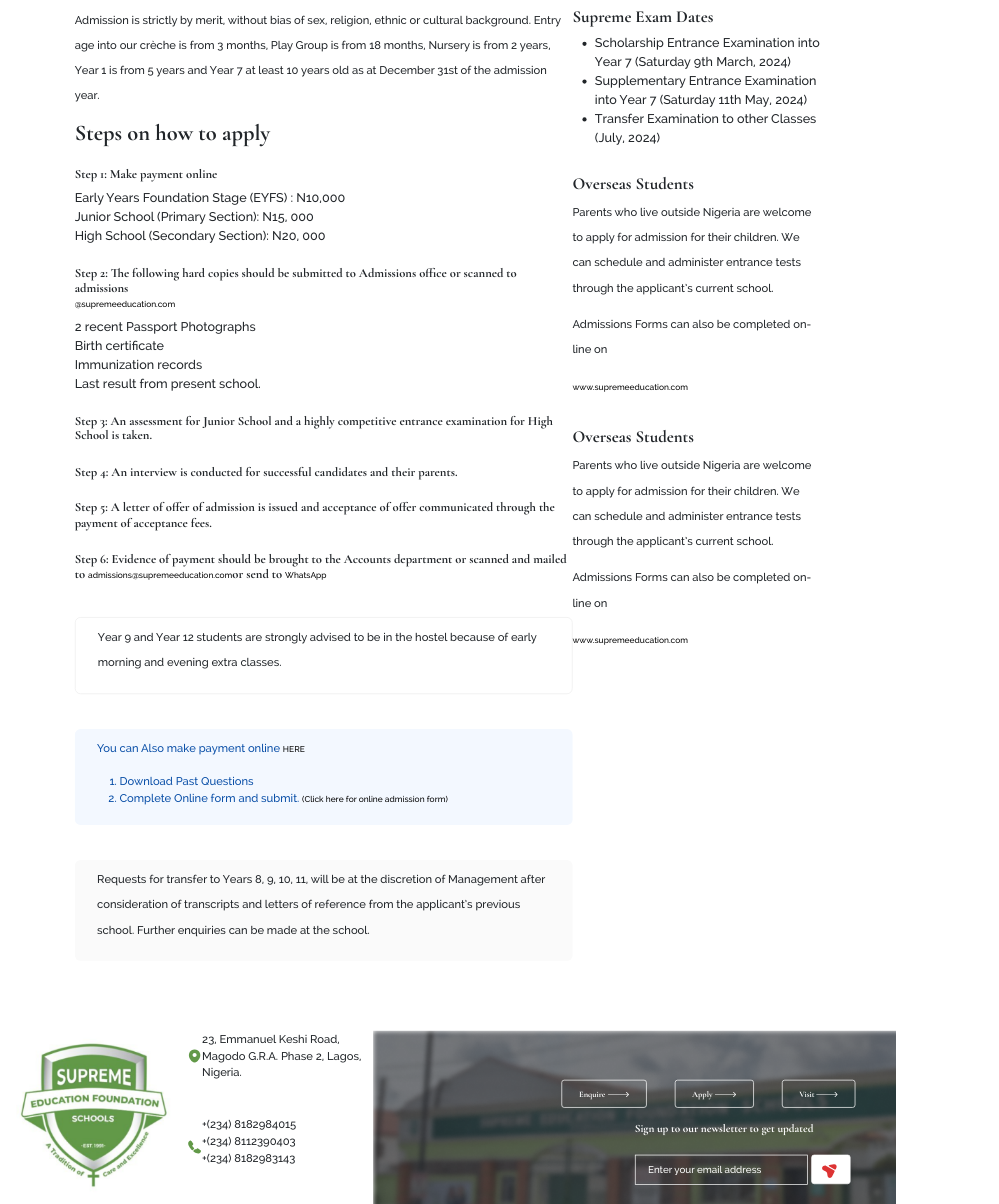
Repository: sarahnnanyelugo/supreme-education
Page: /apply
These files come from the project's save history. The page is drawn as it stood at one moment and after the next save; the edit follows.
The browser window is 1280 px wide. The page is 1427 px wide, so the pictures cover 1427 px, including what lies to the right of the window. The pictures show the part of the page from y = 831 to 2551 px (the page is 2867 px tall), at 70% of full size.
The project was rebuilt for these pictures with package versions that can differ from the ones it lists, and the page was loaded fresh each time. Also part of the build but not shown: src/pages/Home/News/news.scss, src/pages/Home/News/News.js, src/pages/Home/Home.js, src/pages/Founder/founder.scss, src/pages/Founder/Founder.js, src/pages/CEO/ceo.scss, src/pages/CEO/CEO.js, src/pages/WhoWeAre/who-we-are.scss and 5 more.

Above is the page before, as saved 2023-12-20 12:58:32.

### src/App.js
import logo from "./logo.svg";
import "./App.scss";
import "bootstrap/dist/css/bootstrap.min.css";
import { BrowserRouter, Routes, Route, Link, Outlet } from "react-router-dom";
import { Home } from "./pages/Home/Home";
import { Navbar } from "./components/Navbar/Navbar";
import ScrollToTop from "./components/scrollToTop";
import Footer from "./components/Footer/Footer";
import { Founder } from "./pages/Founder/Founder";
import { CEO } from "./pages/CEO/CEO";
import { WhoWeAre } from "./pages/WhoWeAre/WhoWeAre.js";
import { Tour } from "./pages/Tour/Tour";
import { Contact } from "./pages/Contact/Contact";
import { Apply } from "./pages/Apply/Apply";
function App() {
  return (
    <>
      {" "}
      <ScrollToTop />
      <Navbar />
      <Routes>
        {" "}
        <Route path="/" element={<Home />} />
        <Route path="/founder" element={<Founder />} />
        <Route path="/our-ceo" element={<CEO />} />
        <Route path="/who-we-are" element={<WhoWeAre />} />
        <Route path="/tour" element={<Tour />} />
        <Route path="/contact" element={<Contact />} />
        <Route path="/apply" element={<Apply />} />
      </Routes>
      <Footer />
    </>
  );
}

export default App;

### src/App.scss
@media screen and (min-width: 620px) {
  .flexy {
    display: flex;
  }
}
@media screen and (max-width: 620px) {
  .flexyM {
    display: flex;
  }
}
@font-face {
  font-family: cormorantB;
  src: url(./assets/fonts/Cormorant/CormorantGaramond-Bold.ttf);
}
@font-face {
  font-family: ralewayR;
  src: url(./assets/fonts/raleway/Raleway-Medium.ttf);
}
h1,
h2,
h3,
h4,
h5,
h6 {
  font-family: cormorantB;
}

p,
small,
a,
li {
  font-family: ralewayR;
}
button {
  font-family: cormorantB !important;
}
.app-btn {
  padding: 12px, 24px, 12px, 24px;
  border-radius: 4px;
  gap: 8px;
  background: #629948;
  color: #fff;
  border: none;
}

### src/pages/Apply/Apply.js
import React from "react";
import { Banner } from "../../components/Banner/Banner";
import LandingImg from "../../assets/images/apply.png";
import { admissions } from "../../TestData";
import { LinkRounded } from "@material-ui/icons";
import { Link } from "react-router-dom";
import "./apply.scss";
export const Apply = () => {
  return (
    <div className="apply-div">
      <Banner
        pageTitle="How to Apply"
        banner={LandingImg}
        links={admissions}
        mainpage="Admissions"
      />
      <div className="flexy col-md-10 offset-md-1">
        <div className="col-md-8">
          <p>
            Admission is strictly by merit, without bias of sex, religion,
            ethnic or cultural background. Entry age into our crèche is from 3
            months, Play Group is from 18 months, Nursery is from 2 years, Year
            1 is from 5 years and Year 7 at least 10 years old as at December
            31st of the admission year.
          </p>
          <h2>Steps on how to apply</h2>
          <h6 className="mt4">Step 1: Make payment online</h6>
          <ul className="list-unstyled">
            <li>Early Years Foundation Stage (EYFS) : N10,000</li>
            <li>Junior School (Primary Section): N15, 000 </li>
            <li>High School (Secondary Section): N20, 000</li>
          </ul>
          <h6>
            Step 2: The following hard copies should be submitted to Admissions
            office or scanned to admissions
            <br />
            <Link to={"#"}>@supremeeducation.com</Link>
          </h6>
          <ul className="list-unstyled">
            <li>2 recent Passport Photographs</li>
            <li>Birth certificate </li>
            <li>Immunization records</li>
            <li>Last result from present school.</li>
          </ul>
          <h6>
            Step 3: An assessment for Junior School and a highly competitive
            entrance examination for High School is taken.
          </h6>
          <h6>
            Step 4: An interview is conducted for successful candidates and
            their parents.
          </h6>
          <h6>
            Step 5: A letter of offer of admission is issued and acceptance of
            offer communicated through the payment of acceptance fees.
          </h6>
          <h6>
            Step 6: Evidence of payment should be brought to the Accounts
            department or scanned and mailed to{" "}
            <Link to={""} style={{ color: "#d33" }}>
              admissions@supremeeducation.com{""}
            </Link>
            or send to <Link>WhatsApp</Link>
          </h6>
          <div className="info-corner mt5">
            <p>
              Year 9 and Year 12 students are strongly advised to be in the
              hostel because of early morning and evening extra classes.
            </p>
          </div>
          <div className="info-corner2 mt5">
            <p>
              You can Also make payment online <Link>HERE</Link>
            </p>
            <ol>
              <li>Download Past Questions</li>
              <li>
                {" "}
                Complete Online form and submit.{" "}
                <Link to={""}>(Click here for online admission form)</Link>
              </li>
            </ol>
          </div>
          <div className="info-corner3 mt5">
            <p>
              Requests for transfer to Years 8, 9, 10, 11, will be at the
              discretion of Management after consideration of transcripts and
              letters of reference from the applicant’s previous school. Further
              enquiries can be made at the school.
            </p>
          </div>
        </div>
        <div className="col-md-4">
          <div className="info-div4">
            <h4>Supreme Exam Dates</h4>
            <ul>
              <li>
                Scholarship Entrance Examination into Year 7 (Saturday 9th
                March, 2024)
              </li>
              <li>
                Supplementary Entrance Examination into Year 7 (Saturday 11th
                May, 2024)
              </li>
              <li>Transfer Examination to other Classes (July, 2024)</li>
            </ul>
          </div>{" "}
          <div className="info-div4 mt4">
            <h4>Overseas Students</h4>
            <p>
              Parents who live outside Nigeria are welcome to apply for
              admission for their children. We can schedule and administer
              entrance tests through the applicant’s current school.
            </p>
            <p>Admissions Forms can also be completed on-line on</p>
            <p>
              <Link to={""}> www.supremeeducation.com</Link>
            </p>
          </div>
          <div className="info-div5 mt4">
            <h4>Overseas Students</h4>
            <p>
              Parents who live outside Nigeria are welcome to apply for
              admission for their children. We can schedule and administer
              entrance tests through the applicant’s current school.
            </p>
            <p>Admissions Forms can also be completed on-line on</p>
            <p>
              <Link to={""}> www.supremeeducation.com</Link>
            </p>
          </div>
        </div>
      </div>
    </div>
  );
};

### src/pages/Home/home.scss
@import "../../shared-styles";

.landing-images {
  margin-top: -200px;
  h1 {
    font-size: 88px;
  }
  .carousel-caption {
    text-align: left !important;
  }
  .carousel-control-next-icon {
    background-image: url("../../assets/images/next.png");
    margin-top: 600px !important;
    position: relative !important;
    height: 36px !important;
    width: 36px !important;
    opacity: 1 !important;
    margin-left: 0% !important;
    @media screen and (max-width: 620px) {
      margin-top: 70px !important;
      margin-left: -750% !important;
    }
  }

  .carousel-control-prev-icon {
    background-image: url("../../assets/images/prev.png");
    margin-top: 600px !important;
    // transform: rotate(180deg);
    height: 36px !important;
    width: 36px !important;
    margin-right: -800% !important;
    opacity: 1 !important;
    @media screen and (max-width: 620px) {
      margin-top: 70px !important;
    }
  }

  .carousel-control-prev {
    left: 10% !important;
  }
  .carousel-control-next {
    right: 10% !important;
  }
  .carousel-indicators button {
    width: 7px !important;
    height: 7px !important;
    border-radius: 100% !important;
    background-color: #fff !important;
    transition: all 0.5s linear;
    display: inline !important;
    opacity: 0.7;
  }
  .carousel-indicators > button.active {
    opacity: 1;
    width: 60px !important;
    margin-top: 10px;
    height: 7px !important;
    background-color: #fff !important;
    outline: none;
    border: none;
    border-radius: 20px !important;
  }
  .carousel-indicators {
    margin-left: 75% !important;
    top: 90% !important;
    @media screen and (max-width: 620px) {
      display: none;
    }
  }
}
.welcome-div {
  h1 {
    font-size: 72px;
    @media screen and (max-width: 620px) {
      font-size: 32px;
    }
  }
}
.lifetime-div {
  background: #326f14;
  color: #fff;
  padding: 70px 0 70px 70px;
  margin-bottom: 100px;
  h1 {
    font-size: 72px;
    @media screen and (max-width: 620px) {
      font-size: 32px;
    }
  }
  p {
    line-height: 36px;
  }
  .eyfs {
    position: relative;
    img {
      border-radius: 8px;
    }
    // padding-top: 350px;
    // border-radius: 18px;
    // background: url("../../assets/images/eyfs.png");
    // background-repeat: no-repeat;
    // background-position: center center;
    // background-size: contain;
  }
  .overlay {
    position: absolute;
    bottom: 0;
    background: rgb(0, 0, 0);
    background: rgba(0, 0, 0, 0.1); /* Black see-through */
    color: #f1f1f1;
    width: 92%;
    transition: 0.5s ease;
    opacity: 1;
    height: 15%;
    color: white;
    padding: 20px;
    text-align: center;

    overflow: hidden;
    border-radius: 8px;
    h1 {
      font-size: 40px;
    }
    button {
      padding: 12px, 24px, 12px, 24px;
      border-radius: 4px;
      gap: 8px;
      background: transparent;
      color: #fff;
      border: solid 1px #fff;
    }
  }
}
.eyfs:hover .overlay {
  height: 100%;
  padding-top: 100px;
  background: rgba(0, 0, 0, 0.5);
}
.explore {
  background: #c8352e;
  color: #fff;
  border-radius: 8px;
  padding: 40px;
  margin-right: 20px;
  .second-title {
    margin-top: 400px;
  }
}
.facilities {
  img {
    border-radius: 8px;
  }
}
.facs {
  position: relative;
  img {
    border-radius: 8px;
  }
  // padding-top: 350px;
  // border-radius: 18px;
  // background: url("../../assets/images/eyfs.png");
  // background-repeat: no-repeat;
  // background-position: center center;
  // background-size: contain;
}
.overlay2 {
  position: absolute;
  bottom: 0;
  background: rgb(0, 0, 0);
  background: rgba(0, 0, 0, 0.1); /* Black see-through */
  color: #f1f1f1;
  width: 92%;
  transition: 0.5s ease;
  opacity: 1;
  height: 100%;
  color: white;
  font-size: 20px;
  padding: 20px;
  padding-top: 60%;
  text-align: center;
  border-radius: 8px;
}
.facs:hover .overlay2 {
  opacity: 1;
  background: rgba(0, 0, 0, 0.5);
}
.glance {
  margin-bottom: 80px;
  background: #f6f8f5;
  padding-top: 40px;
  padding-bottom: 40px;
  .sch,
  .uni {
    padding-top: 80px;
    padding-bottom: 50px;
    border-top: solid 4px #c8352e;
    border-right: solid 4px #c8352e;
  }
  .std,
  .parents {
    padding-top: 80px;
    padding-bottom: 50px;
    border-bottom: solid 4px #c8352e;
    border-right: solid 4px #c8352e;
  }
}
.stories {
  h1 {
    font-size: 64px;
    margin-bottom: 80px;
  }
}

### src/components/Navbar/navbar.scss
.nav-container {
  padding: 10px;
  background: #fff;
  a {
    color: #000;
    text-decoration: none;
  }
}
.logo {
  margin-top: -50px;
  position: relative;
  z-index: 4;
}
.offcanvas {
  width: 70% !important;
}
.menu-actions {
  background: #f6f6f6;
  padding: 30px;
  .img-holder {
    position: relative;
    img {
      border-radius: 10px;

      margin-bottom: 30px;
    }
    .overlay {
      position: absolute;
      bottom: 100px;
      background: transparent; /* Black see-through */
      color: #f1f1f1;
      width: 100%;
      transition: 0.5s ease;
      opacity: 1;
      height: 10%;
      color: white;
      font-size: 20px;
      // padding: 20px;
      // padding-top: 60%;
      text-align: center;
      border-radius: 8px;
      button {
        background: transparent;
        border: solid 1px #fff;
        border-radius: 8px;
        color: #fff;
        padding: 5px 24px;
      }
    }
  }
}

.nav-tab {
  margin-top: 30px;
  /* Style the buttons that are used to open the tab content */
  .tab button {
    display: block;
    background-color: inherit;
    color: black;
    padding: 25px 16px;
    width: 100%;
    border: none;
    outline: none;
    text-align: left;
    cursor: pointer;
    font-size: 30px;
    border-right: solid 1px rgb(159, 157, 157);
  }

  /* Change background color of buttons on hover */
  .tab button:hover {
    color: red;
  }

  /* Create an active/current "tab button" class */
  .tab button.active2 {
    color: red;
  }

  .tabcontent {
    float: left;
    // padding: 0px 40px;

    width: 70%;
    border-left: none;
    height: 300px;
    display: none;
    a {
      color: black;
      text-decoration: none;
      font-size: 20px;
      line-height: 60px;
    }
  }

  .tabcontent.active2 {
    display: block;
  }
}
.active {
  background: green !important;
  color: #fff !important;
}
.menu-navs {
  padding: 10px 10px;
  font-size: 14px;
  border-radius: 5px;
  margin: 40px 0 40px 10px;
  text-decoration: none;
  color: #000;

  &:hover {
    background: green;
    color: #fff !important;
  }
}

### src/components/Footer/footer.scss
.footer-actions {
  height: 283px;
  background: url("../../assets/images/building.png");
  padding-top: 50px;
  color: #fff;
  button {
    margin: 20px;
    color: #fff;
    background-color: transparent;
    border: solid 1px #fff;
    padding: 10px 24px;
    border-radius: 4px;
    &:hover {
      color: #306503;
      background: #fff;
    }
  }
  .send-btn {
    background: #fff;
    margin: 5px;
    margin-top: 20px;
    // width: 20px;
    border-radius: 4px;
    padding: 3px 10px;
  }
  input {
    margin-top: 20px;
    width: 247px;
    height: 43px;
    padding: 12px 18px;
    background: transparent;
    border: solid 1px #fff;
    color: #fff;
    color: #fff;
    font-family: ralewayR;
    font-size: 14px;
    font-style: normal;
    font-weight: 500;
    line-height: normal;
  }
  ::placeholder {
    color: #fff !important;
  }
}
.partners {
  img {
    margin: 40px 80px;
  }
}
.credits {
  p {
    font-size: 14px;
  }
  a {
    color: #fff;
    text-decoration: none;
    border-right: solid 2px #fff;
    text-align: center;
  }
  background: #006011;
  padding: 20px;
  color: #fff;
}

### src/components/Banner/Banner.js
import React from "react";
import { NavLink } from "react-router-dom";
import "./banner.scss";
import Breadcrumb from "react-bootstrap/Breadcrumb";

export const Banner = (props) => {
  return (
    <div className="banner-div">
      <div className="banner-holder">
        <img src={props.banner} alt="sch-imgs" width="100%" />
        <div className="title-overlay">
          <h1>{props.pageTitle}</h1>
        </div>
      </div>
      <div className="page-links">
        {props.links.map((link, index) => (
          <li key={index} className="list-unstyled">
            <NavLink
              to={link.to}
              activeClassName="active"
              className="page-navs"
            >
              {link.text}
            </NavLink>
          </li>
        ))}
      </div>
      <Breadcrumb className="offset-md-1 mt2">
        <Breadcrumb.Item href="/" className="b-home">
          Home
        </Breadcrumb.Item>
        <Breadcrumb.Item>{props.mainpage}</Breadcrumb.Item>
        <Breadcrumb.Item>{props.pageTitle}</Breadcrumb.Item>
      </Breadcrumb>
    </div>
  );
};

### src/TestData/index.js
export * from "./Links";

### src/pages/Apply/apply.scss
.apply-div {
  margin-bottom: 100px;
  margin-top: 100px;
  ma h1 {
    font-size: 72px;
    @media screen and (max-width: 620px) {
      font-size: 32px;
    }
  }
  p {
    line-height: 36px;
  }
  .info-corner {
    border-radius: 8px;
    border: 1px solid #ececec;
    padding: 10px 32px;
  }
  .info-corner2 {
    border-radius: 8px;
    color: #0b50a8;
    background-color: #f3f8ff;
    padding: 10px 32px;
    a {
      color: #0b50a8;
    }
  }
  .info-corner3 {
    background-color: #f3f8ff;
    padding: 10px 32px;
    border-radius: 8px;
    background: #fafafa;
  }
  h6 {
    margin-top: 30px;
    font-size: 18px;
  }
  ul li {
    font-size: 18px;
  }
  a {
  }
}

### src/_shared-styles.scss
.mt1 {
  margin-top: 10px;
}
.mt2 {
  margin-top: 20px;
}
.mt3 {
  margin-top: 30px;
}
.mt4 {
  margin-top: 40px;
}
.mt5 {
  margin-top: 50px;
}
.mt6 {
  margin-top: 60px;
}
.mt7 {
  margin-top: 70px;
}
.mt8 {
  margin-top: 80px;
}
.mt9 {
  margin-top: 90px;
}
.mt {
  margin-top: 140px;
}
.mtt {
  margin-top: 200px;
}
.bb {
  border-bottom: solid 1px rgb(233, 229, 229);
}
.bt {
  border-top: solid 1px rgb(233, 229, 229);
}
.pd {
  padding: 80px 0;
}
.br {
  border-right: solid 1px rgb(233, 229, 229);
}
.no-m {
  @media screen and (max-width: 620px) {
    margin: 0 !important;
  }
}
.ml {
  margin-left: 10px;
}
.ml4 {
  margin-left: 40px;
}
.ml3 {
  margin-left: 30px;
}

.features-link {
  color: #191919;
  text-decoration: none;
  &:hover {
    color: #191919;
  }
}

.mb5 {
  margin-bottom: 50px;
}
.mb4 {
  margin-bottom: 40px;
}

.no-margin {
  @media screen and (max-width: 620px) {
    margin-top: 0px !important;
    text-align: center;
  }
}
.margin2 {
  @media screen and (max-width: 620px) {
    margin-top: 40px !important;
  }
}
.grad2 {
  background: rgb(255, 255, 255);
  background: linear-gradient(
    180deg,
    rgba(255, 255, 255, 1) 28%,
    rgba(240, 240, 240, 1) 48%,
    rgba(255, 255, 255, 1) 75%
  );
}
.dn {
  @media screen and (max-width: 620px) {
    display: none;
  }
}
.dnW {
  @media screen and (min-width: 620px) {
    display: none;
  }
}
.dnM {
  @media screen and (max-width: 620px) {
    display: none;
  }
}
.img-resolv {
  width: 90%;
  @media screen and (max-width: 620px) {
    width: 100%;
  }
}
.link {
  font-size: 12px;
  text-decoration: none;
  color: #000;
  font-family: rebondG-Semi-Bold;
  margin-bottom: 0 !important;
}
.link2 {
  font-size: 12px;
  text-decoration: none;
  color: #2f67d8;
  font-family: rebondG-Semi-Bold;
}
.mobileview {
  @media screen and (min-width: 620px) {
    display: none;
  }
}

### src/components/Banner/banner.scss
.banner-holder {
  position: relative;
  img {
    margin-top: -290px !important;
  }
  .title-overlay {
    position: absolute;
    width: 100%;
    height: 100px;
    background: rgba(15, 14, 14, 0.1);
    text-align: center;
    // left: 40%;
    bottom: 0;
    h1 {
      color: #fff;
      font-size: 72px;
      font-weight: bold;
      margin-bottom: 20px;
    }
  }
}
.page-links {
  padding: 40px;
  background: #f6f8f5;
  li {
    display: inline;
  }
  .active {
    color: #fff !important;
    background: red !important
  ;
  }
}

.page-navs {
  padding: 10px 16px;
  font-size: 16px;
  border-radius: 5px;
  margin: 0 40px;
  text-decoration: none;
  color: #000;

  &:hover {
    background: red;
    color: #fff;
  }
}
.breadcrumb-item + .breadcrumb-item {
  a {
    color: #000 !important;
    font-size: 12px;
    text-decoration: none !important;
  }
}

a {
  color: #000 !important;
  font-size: 12px;
  text-decoration: none !important;
}

### src/TestData/Links.js
export const about = [
  { to: "/founder", text: "Our Founder" },
  { to: "/our-ceo", text: "Our CEO" },
  { to: "/who-we-are", text: "Who we are" },
  { to: "/tour", text: "Virtual Tour" },
  { to: "/contact", text: "Contact us" },
];
export const admissions = [
  { to: "/apply", text: "How to Apply" },
  { to: "/form", text: "Registration form" },
  { to: "/register", text: "SMC registration form" },
  { to: "/enquiry", text: "Enquiry" },
  { to: "/faq", text: "FAQs" },
];
export const academics = [
  { to: "/eyfs", text: "EYFS" },
  { to: "/junior-school", text: "Junior School" },
  { to: "/high-school", text: "High School" },
  { to: "/teachers-college", text: "Teachers College" },
  { to: "/academic-calendar", text: "Academic Calendar" },
  { to: "/school-curriculum", text: "School Curriculum" },
];
export const studentLife = [
  { to: "/boarding-school", text: "Boarding School" },
  { to: "/activities", text: "Co-curricular Activities" },
  { to: "/facilities", text: "Facilities" },
];
export const Media = [
  { to: "/news", text: "News & Events" },
  { to: "/gallery", text: "Gallery" },
];

Loaded but not shown: public/index.html (common file); src/index.js (common file); src/index.css (common file); src/reportWebVitals.js (common file); src/components/scrollToTop.js (common file); src/components/Navbar/Menu.js (175 lines, source omitted); src/components/Footer/Footer.js (126 lines, source omitted); src/components/Navbar/Navbar.js (51 lines, source omitted)

After the next save:
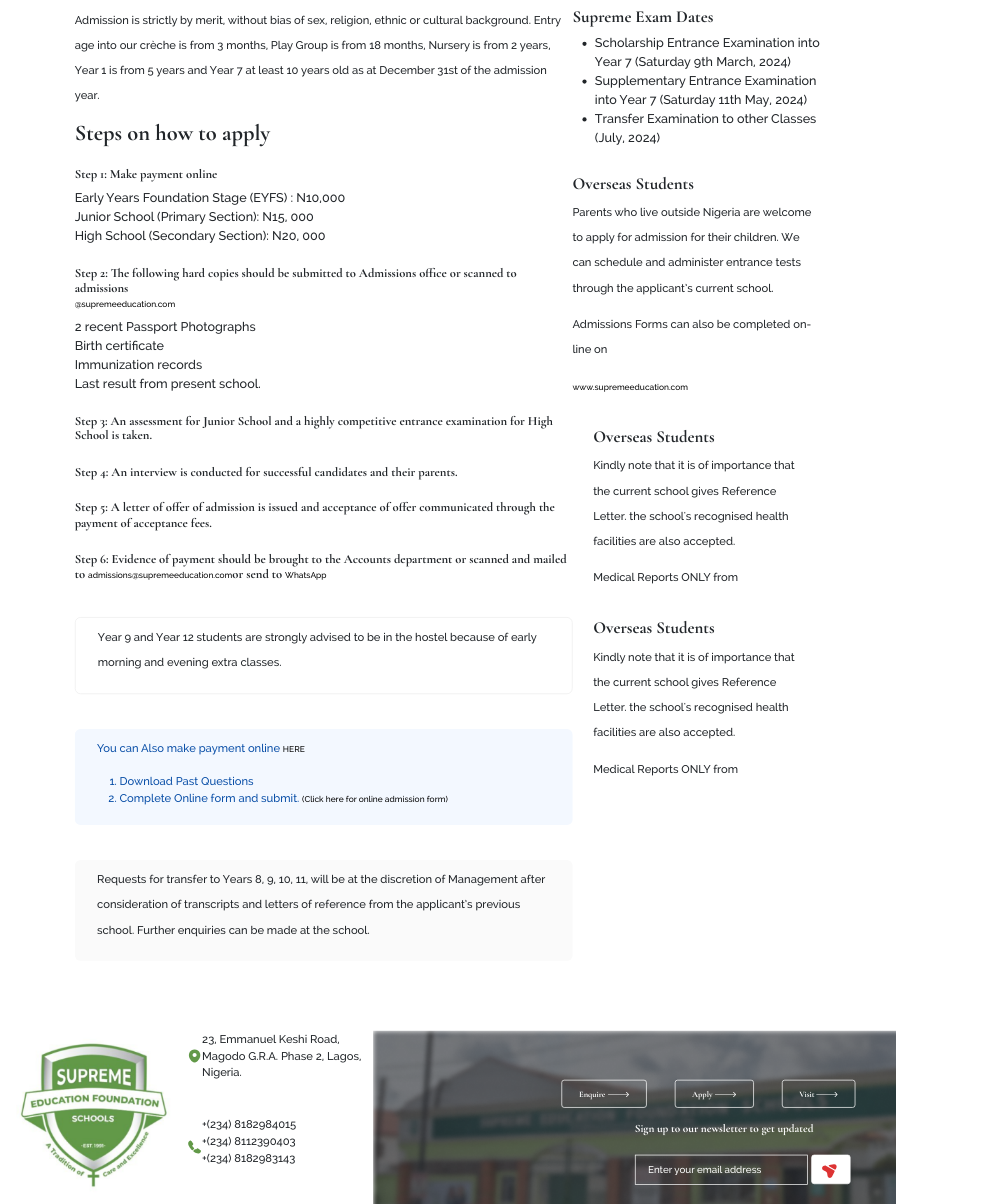
Saved 52 s later.
--- a/src/pages/Apply/Apply.js
+++ b/src/pages/Apply/Apply.js
@@ -117,17 +117,23 @@
               <Link to={""}> www.supremeeducation.com</Link>
             </p>
           </div>
-          <div className="info-div5 mt4">
+          <div className="info-div5 mt4 col-md-10 offset-md-1">
             <h4>Overseas Students</h4>
             <p>
-              Parents who live outside Nigeria are welcome to apply for
-              admission for their children. We can schedule and administer
-              entrance tests through the applicant’s current school.
+              Kindly note that it is of importance that the current school gives
+              Reference Letter. the school's recognised health facilities are
+              also accepted.
             </p>
-            <p>Admissions Forms can also be completed on-line on</p>
+            <p>Medical Reports ONLY from</p>
+          </div>{" "}
+          <div className="info-div5 mt4 col-md-10 offset-md-1">
+            <h4>Overseas Students</h4>
             <p>
-              <Link to={""}> www.supremeeducation.com</Link>
+              Kindly note that it is of importance that the current school gives
+              Reference Letter. the school's recognised health facilities are
+              also accepted.
             </p>
+            <p>Medical Reports ONLY from</p>
           </div>
         </div>
       </div>
